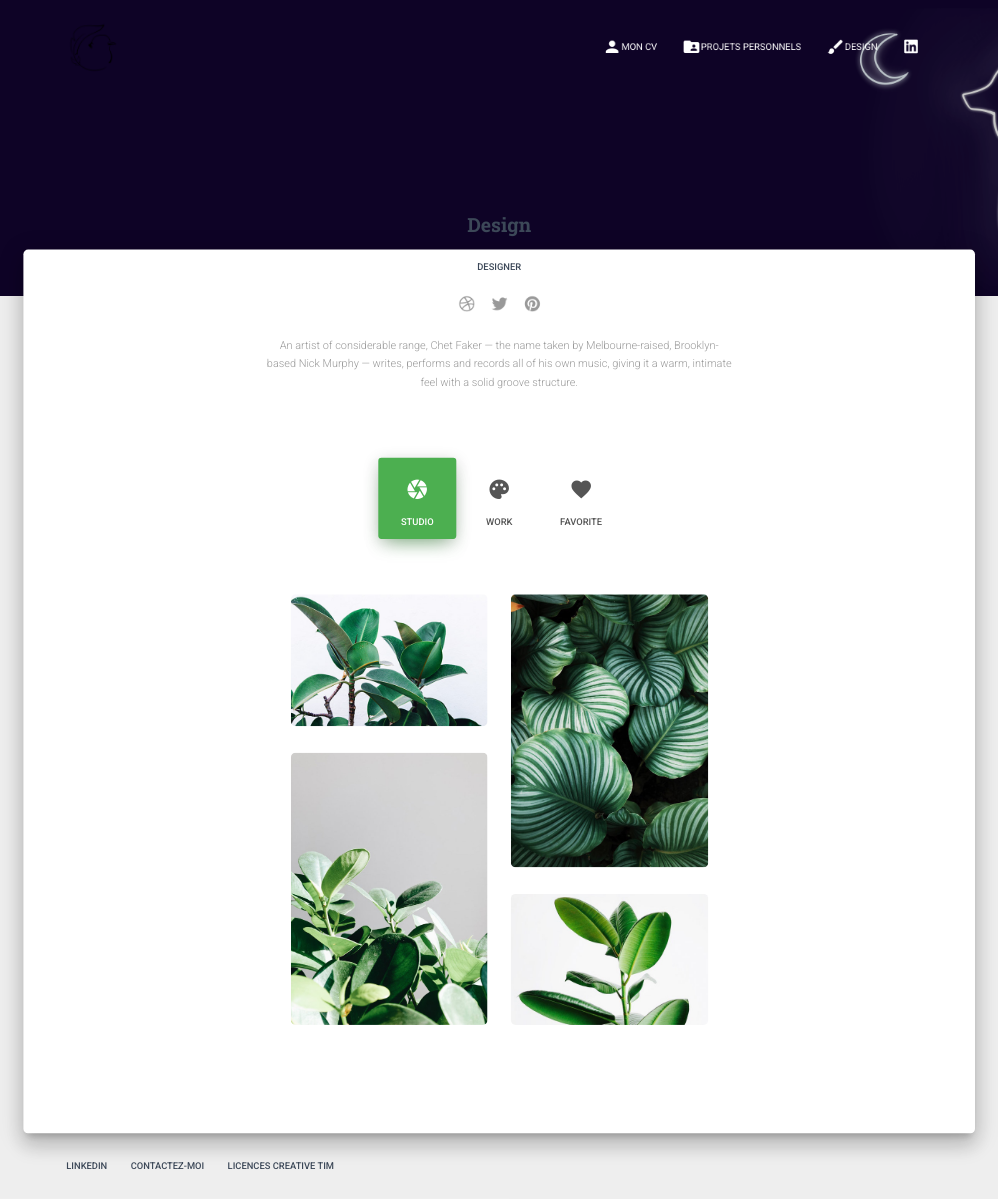
Repository: sdeschaepmeester/NewPortfolio
Page: /#/design
These files come from the project's save history. The page is drawn as it stood at one moment and after the next save; the edit follows.
The browser window is 1280 px wide. The pictures show the whole page, at 78% of full size.
Some web libraries are served in a nearby version. The project was rebuilt for these pictures with package versions that can differ from the ones it lists, and the page was loaded fresh each time. Also part of the build but not shown: vue.config.js, src/views/components/APropos.vue, src/views/components/NavigationSection.vue, src/views/components/SmallNavigationSection.vue, src/components/Dropdown.vue, src/components/Pagination.vue, src/components/Slider.vue, src/components/Badge.vue and 13 more.

Above is the page before, as saved 2022-07-08 13:22:59.

After the next save:
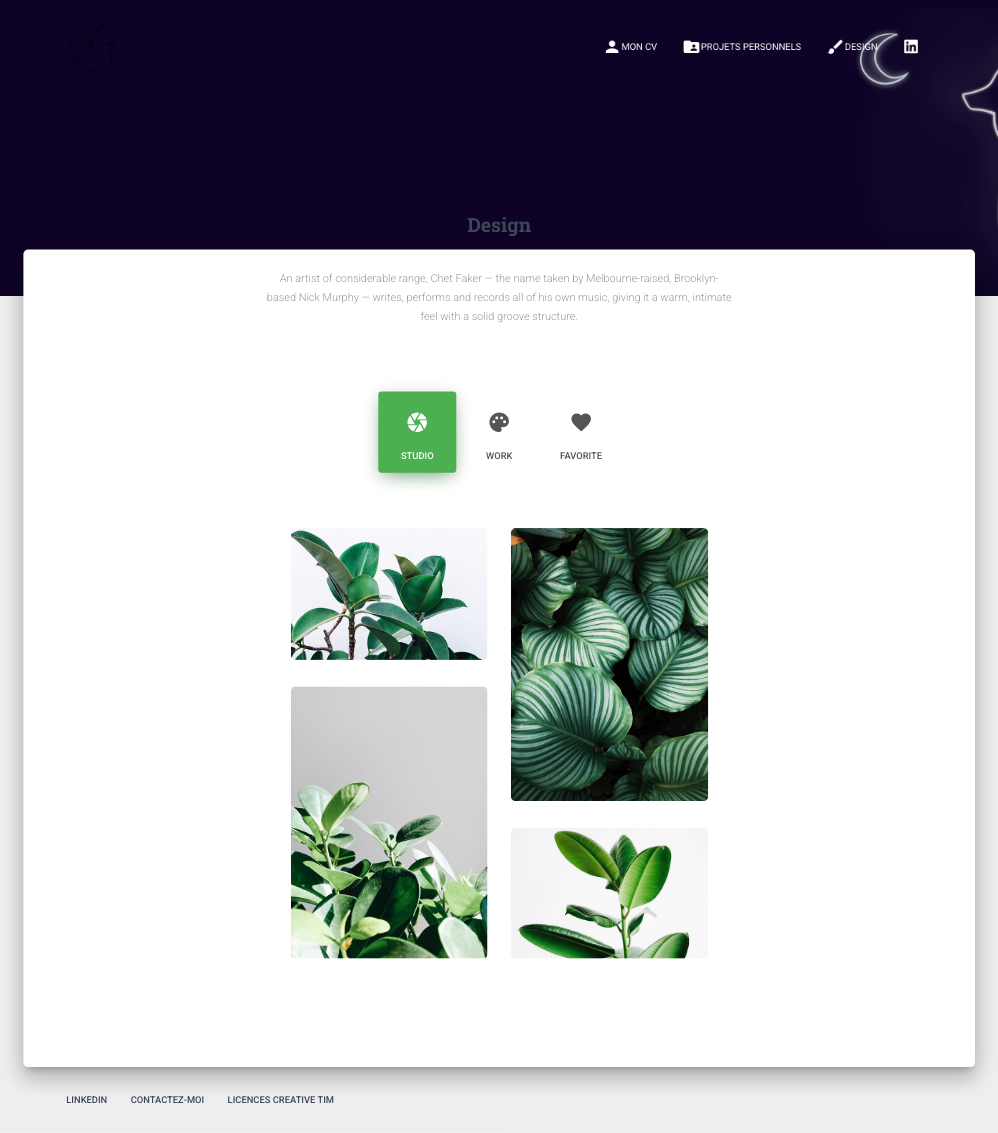
Saved 67 s later.
--- a/src/views/Design.vue
+++ b/src/views/Design.vue
@@ -14,22 +14,6 @@
                 </div>
                 <div class="name">
                   <h3 class="title">Design</h3>
-                  <h6>Designer</h6>
-                  <md-button
-                    href="javascript:void(0)"
-                    class="md-just-icon md-simple md-dribbble"
-                    ><i class="fab fa-dribbble"></i
-                  ></md-button>
-                  <md-button
-                    href="javascript:void(0)"
-                    class="md-just-icon md-simple md-twitter"
-                    ><i class="fab fa-twitter"></i
-                  ></md-button>
-                  <md-button
-                    href="javascript:void(0)"
-                    class="md-just-icon md-simple md-pinterest"
-                    ><i class="fab fa-pinterest"></i
-                  ></md-button>
                 </div>
               </div>
             </div>
